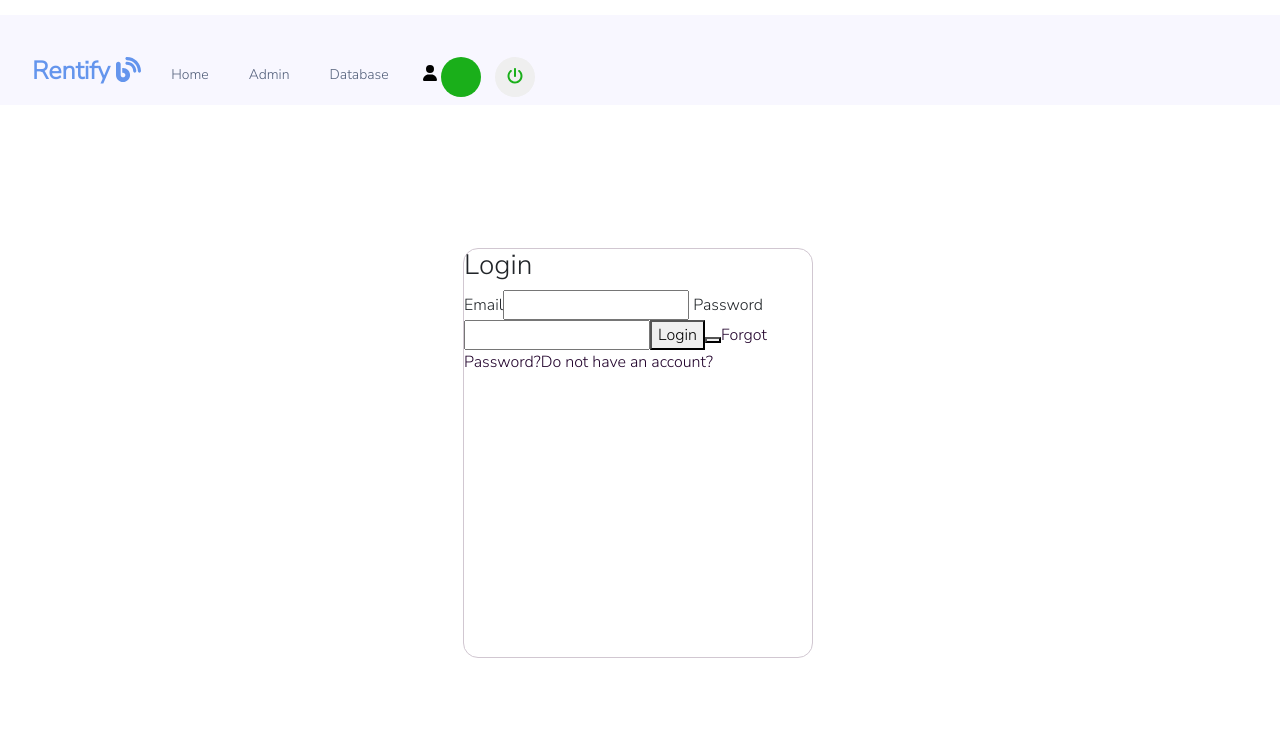
Repository: duzzisantos/rentify
Page: /login
The author's editor kept a copy of each file at every save. The page is drawn from the files as they stood at one save, then again after the next save.
The browser window is 1280 px wide. The pictures show the whole page.
The project was rebuilt for these pictures with package versions that can differ from the ones it lists, and the page was loaded fresh each time. Also part of the build but not shown: src/home.js, src/admin.js, src/auth/register.js, src/table-component.js, src/edit-property.js, src/tables.js, src/booking.js.

Above is the page before, as saved 2022-05-19 00:54:22.

After the next save:
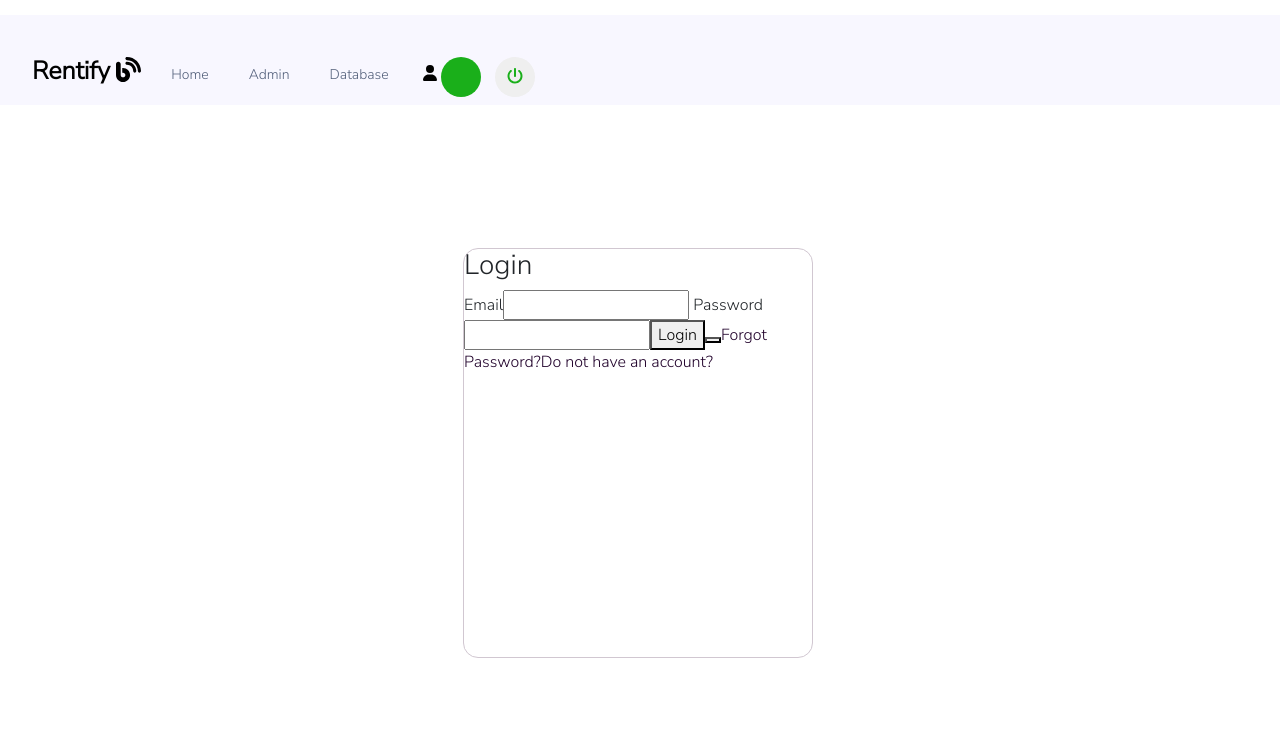
Saved 32 s later.
--- a/src/App.css
+++ b/src/App.css
@@ -586,7 +586,7 @@ tr img:hover {
 
 .nav-links:nth-child(1) {
   font-size: 25px;
-  color: cornflowerblue;
+  color: black;
   font-weight: 800;
   -webkit-text-decoration-line: none;
           text-decoration-line: none;
